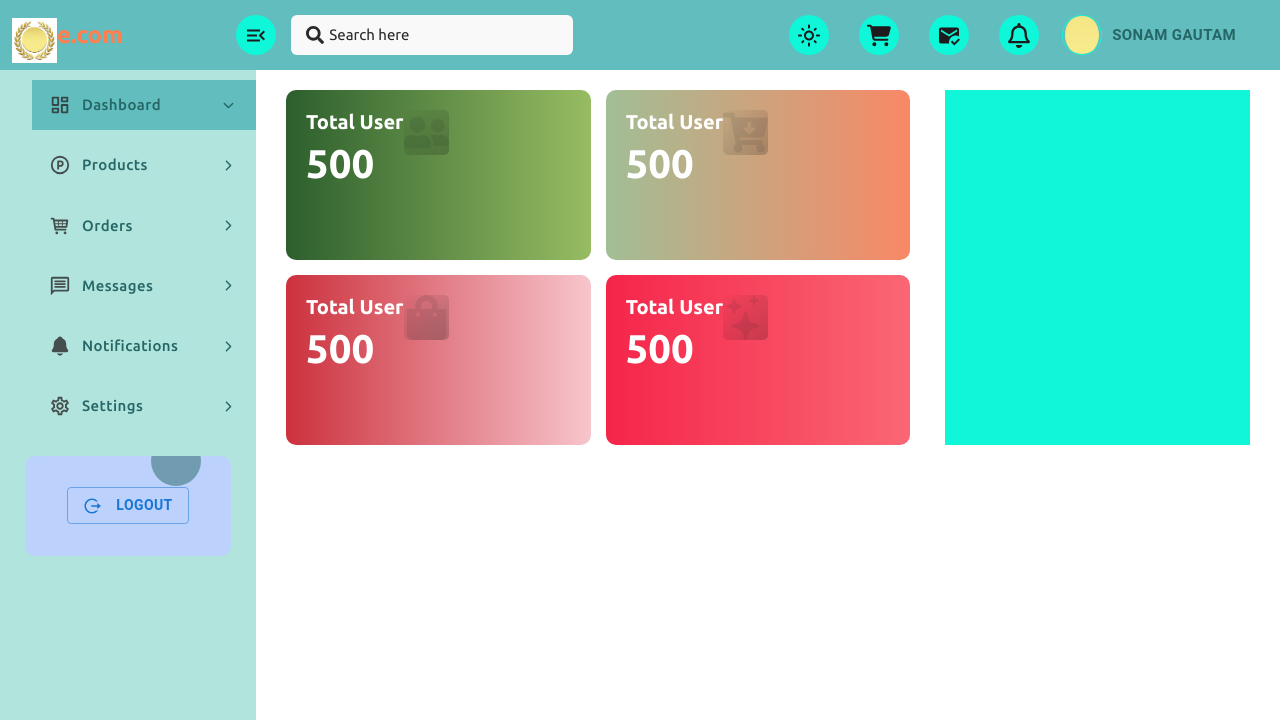
Repository: gautamsonam011/admin-react-dashboard
Page: /
The author's editor kept a copy of each file at every save. The page is drawn from the files as they stood at one save, then again after the next save.
The browser window is 1280 px wide. The pictures show the whole page.
The project was rebuilt for these pictures with package versions that can differ from the ones it lists, and the page was loaded fresh each time.

Above is the page before, as saved 2025-04-16 13:46:46.

After the next save:
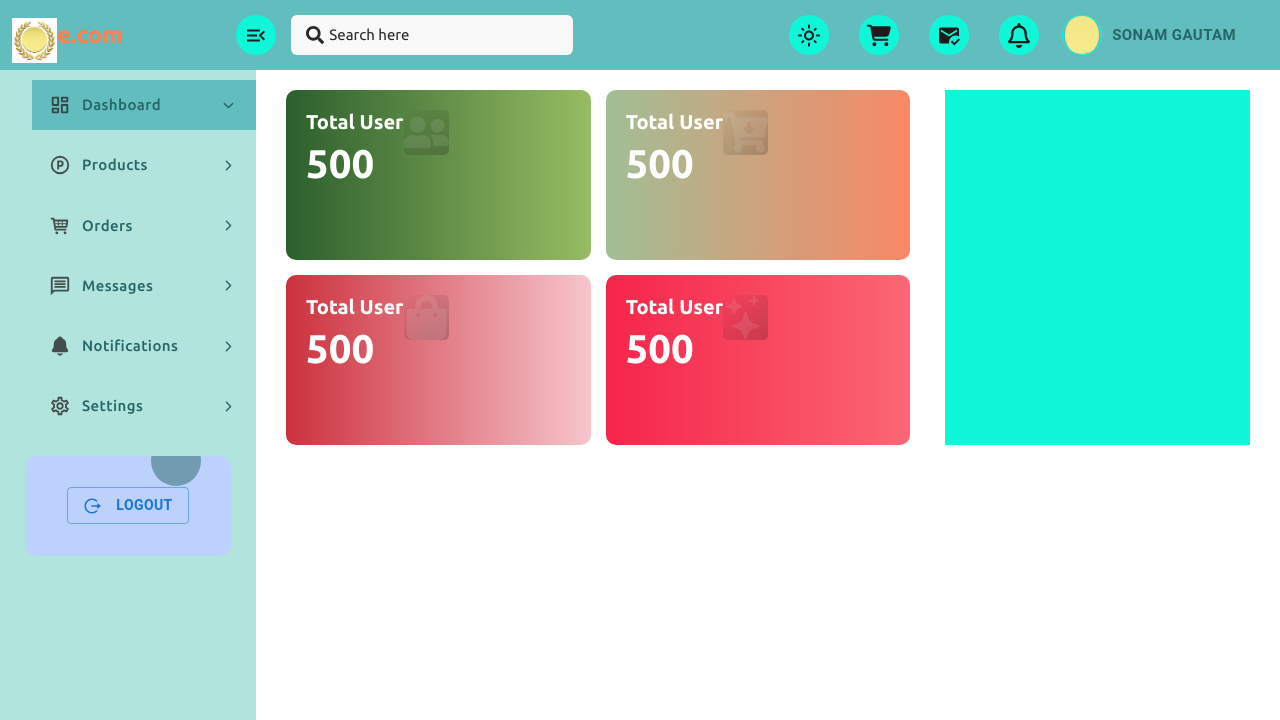
Saved 85 s later.
--- a/src/App.css
+++ b/src/App.css
@@ -101,4 +101,4 @@ position:relative; overflow:hidden;}
 .dashboardBoxWrapper .dashboardBox .col1 h4{font-size: 20px; font-weight: 600;}
 .dashboardBoxWrapper .dashboardBox .col1 span{font-size: 40px; font-weight: bold;}
 .dashboardBoxWrapper .dashboardBox .icon {display: flex; align-items:center; justify-content: center; width:45px; height: 45px; border-radius:5px; background-image: linear-gradient(to bottom right, rgba(0, 0, 0, 0), rgba(0, 0, 0, 0.2));}
-.dashboardBoxWrapper .dashboardBox .icon svg{font-size: 45px; opacity: 0.1;}
+.dashboardBoxWrapper .dashboardBox .icon svg{font-size: 45px; opacity: 0.1; color:#f4f8f7}
